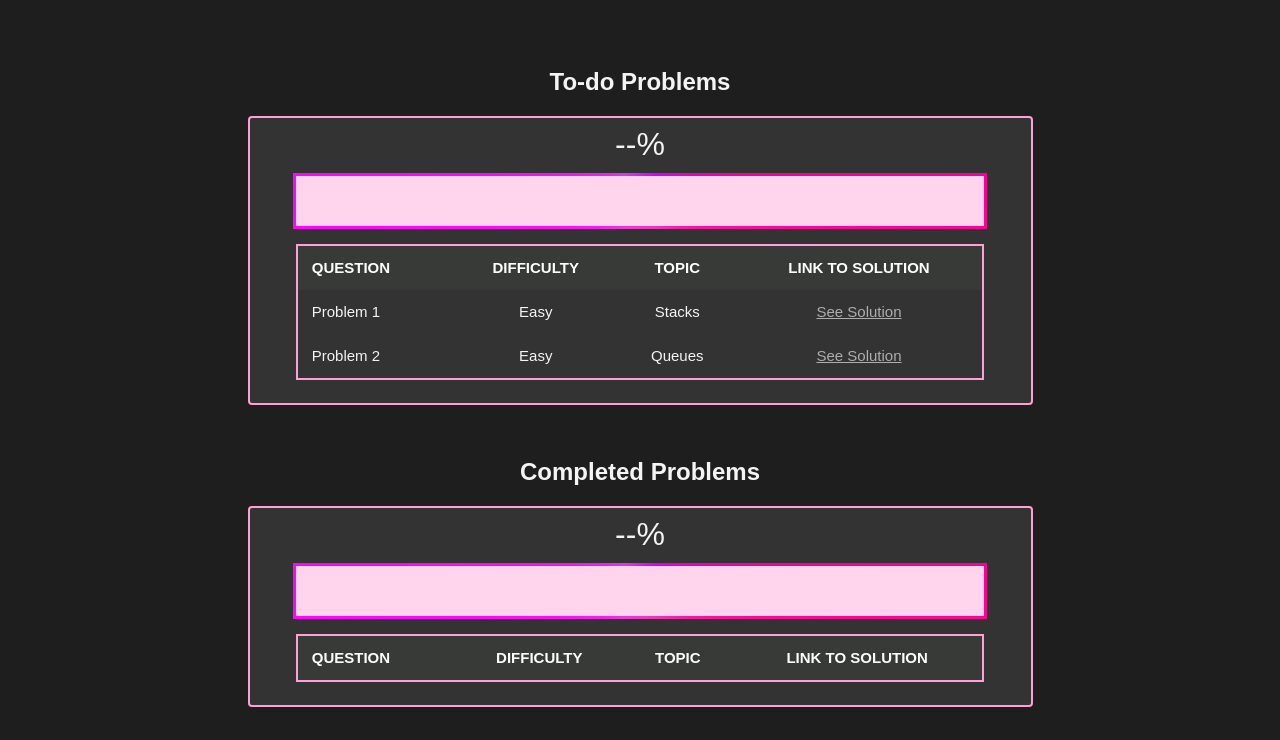
Repository: bbrockbrown/leet-code-tracker
Page: index.html
The author's editor kept a copy of each file at every save. The page is drawn from the files as they stood at one save, then again after a run of saves.
The browser window is 1280 px wide. The pictures show the whole page.

Above is the page before, as saved 2024-07-28 17:53:35.

### index.html
<!DOCTYPE html>
<html lang="en">
<head>
    <meta charset="UTF-8">
    <meta name="viewport" content="width=device-width, initial-scale=1.0">
    <link rel="stylesheet" href="styles.css">
    <script>src="script.js"</script>
    <title>Document</title>
</head>
<body>
    <div class="main">
        <h1 id="header">Leet Code Problem Tracker</h1>
    </div>

    <div class="tracking-container">
        <div class="tracking-box">
            <h2 class="tracking-title">To-do Problems</h2>
            <div class="todo-tracking">
                <div class="todo-percent">--%</div>
                <div class="progressbar" id="todo-bar"> <!--% Container for progressbar --> </div>
                <table>
                    <tbody>
                        <tr>
                            <th>Question</th>
                            <th>Difficulty</th>
                            <th>Topic</th>
                            <th>Link to Solution</th>
                        </tr>
                        <tr>
                            <td>Problem 1</td>
                            <td class="easy-prob">Easy</td>
                            <td class="topic">Stacks</td>
                            <td class="solution"><a href="">See Solution</a></td>
                        </tr>
                        <tr>
                            <td>Problem 2</td>
                            <td class="easy-prob">Easy</td>
                            <td class="topic">Queues</td>
                            <td class="solution"><a href="">See Solution</a></td>
                        </tr>
                    </tbody>
                </table>
            </div>
        </div>

        <div class="tracking-box">
            <h2 class="tracking-title">Completed Problems</h2>
            <div class="completed-tracking">
                <div class="completed-percent">--%</div>
                <div class="progressbar" id="completed-bar"> <!--% Container for progressbar --> </div>
                <table>
                    <tbody>
                        <tr>
                            <th>Question</th>
                            <th>Difficulty</th>
                            <th>Topic</th>
                            <th>Link to Solution</th>
                        </tr>
                        <!-- Completed problems rows go here -->
                    </tbody>
                </table>
            </div>
        </div>
    </div>

    <div class="footer">
        <!-- Placeholder!!! -->
    </div>
</body>
</html>

### styles.css
:root {
    --tracking-border-color: rgb(255, 159, 213);
}

@keyframes rotate {
	to {
		--angle: 360deg;
	}
}

@property --angle {
  syntax: '<angle>';
  initial-value: 0deg;
  inherits: false;
}

html, body {
    height: 100%;
    display: flex;
    flex-direction: column;
  }

head {
    display: none;
}

body {
    font-family: Arial, sans-serif;
    background: #1e1e1e;
    margin: 0;
    padding: 0;
    color: #f4f4f4;
    overflow: hidden;
    font-size: 90%;
}

.main {
    text-align: center;
    padding: 24px;
    overflow: hidden;
}

#header {
    font-size: 48px;
    overflow: hidden;
}

.tracking-titles {
    display: flex;
    padding: 8px;
    justify-content: space-around;
}

.tracking-container {
    display: flex;
    flex-flow: row wrap;
    align-items: flex-start;
    justify-content: space-evenly;
    height: 100%;
}

.tracking-box {
    text-align: center;
    margin-bottom: 20px;
}

.tracking-title {
    font-size: 24px;
    margin-bottom: 10px;
    color: #f4f4f4;
}

.todo-tracking, .completed-tracking {
    border: 2px solid var(--tracking-border-color);
    border-radius: 4px;
    font-size: 32px;
    text-align: center;
    box-shadow: 8px rgb(255, 159, 213, 0.8);
    height: 100%;
    width: 1000px;
    padding: 8px;
    background-color: #333;
    margin: 10px auto;
    display: inline-block;
    max-width: 75%;
    max-height: 85%;
    overflow-y: auto;
    color: #f4f4f4;
}

.todo-tracking:hover, .completed-tracking:hover {
    filter: brightness(85%);
}

/* progress bar fills more as more complete */
.progressbar {
    width: 90%;
    height: 50px;
    border-radius: 8px;
    background-color: rgb(255, 212, 236);
    margin: 10px auto;
    --angle: 0deg;
    /* FOR FUTURE: make it so user can change border gradient */
    --very-pink: rgb(249, 0, 141);
    --pink: rgb(233, 58, 183);
    --pinkish-purple: rgb(233, 58, 210);
    --magenta: magenta;
    --purple: rgb(213, 58, 233);
    --very-purple: rgb(212, 0, 255);
	border: 3px solid;
	border-image: conic-gradient(from var(--angle), var(--very-pink), var(--pink), var(--pinkish-purple), var(--magenta), var(--purple), var(--very-purple), var(--very-pink)) 1;
	animation: 4s rotate linear infinite;
}

table {
    width: 90%;
    display: table;
    margin: 15px auto;
    border-collapse: collapse;
    transition: box-shadow 0.3s ease-in-out;
    border: 2px solid var(--tracking-border-color);
    border-radius: 10px;
    box-shadow: #1e1e1e;
}

tbody {
    display: table-row-group;
    vertical-align: middle;
    unicode-bidi: isolate;
    border-color: inherit;
    font-size: 15px;
}

tr {
    display: table-row;
    vertical-align: inherit;
    unicode-bidi: isolate;
    border-color: inherit;
}

th {
    color: white;
    text-transform: uppercase;
    background-color: #373a37;
}

th:first-child, td:first-child {
    text-align: left;
}

th, td {
    padding: 8px 14px;
    transition: background-color 0.5s;
    height: 28px;
    border: 0px;
    white-space: nowrap;
}

a {
    text-decoration:underline;
    color: inherit;
}

a:visited {
    color: rgb(173, 173, 173);
}

After the next 3 saves:
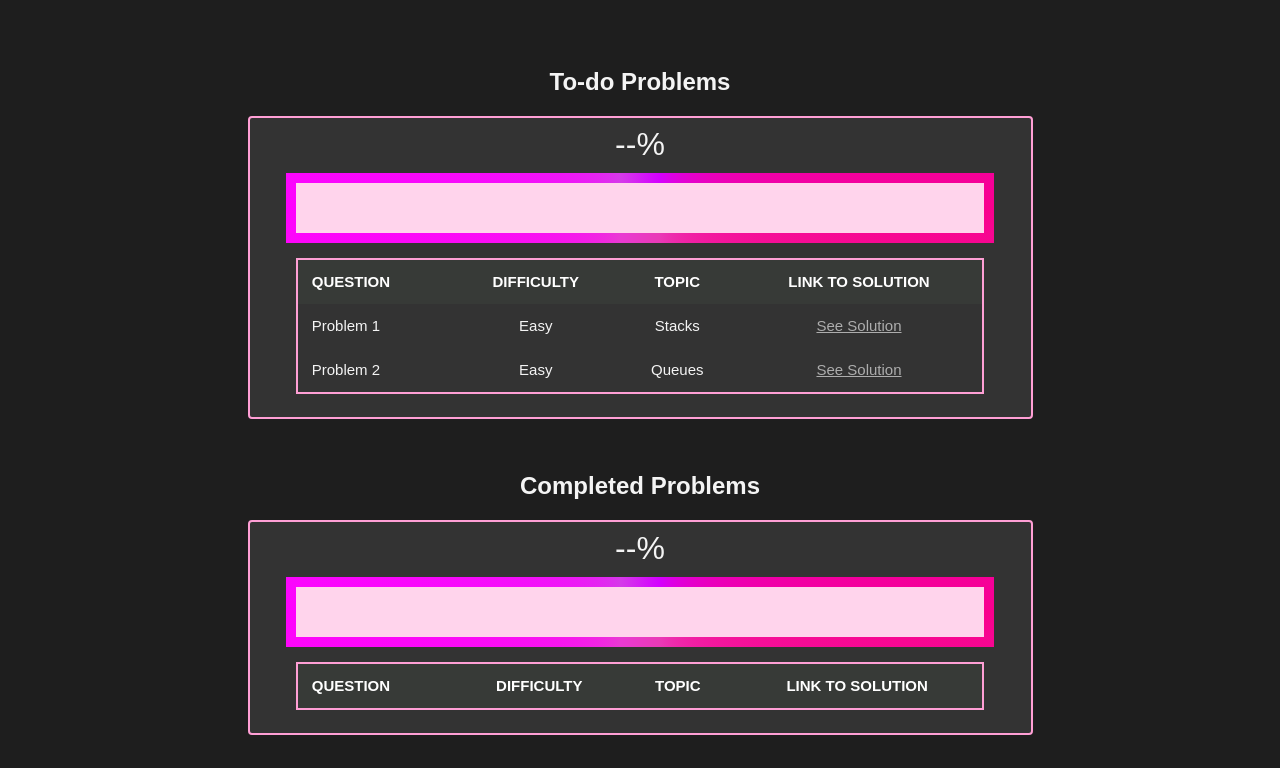
The 3 saves are shown as one change because they came seconds apart.
The last was saved 13 s later.
--- a/styles.css
+++ b/styles.css
@@ -107,7 +107,7 @@
     --magenta: magenta;
     --purple: rgb(213, 58, 233);
     --very-purple: rgb(212, 0, 255);
-	border: 3px solid;
+	border: 10px solid;
 	border-image: conic-gradient(from var(--angle), var(--very-pink), var(--pink), var(--pinkish-purple), var(--magenta), var(--purple), var(--very-purple), var(--very-pink)) 1;
 	animation: 4s rotate linear infinite;
 }

After the save that followed:
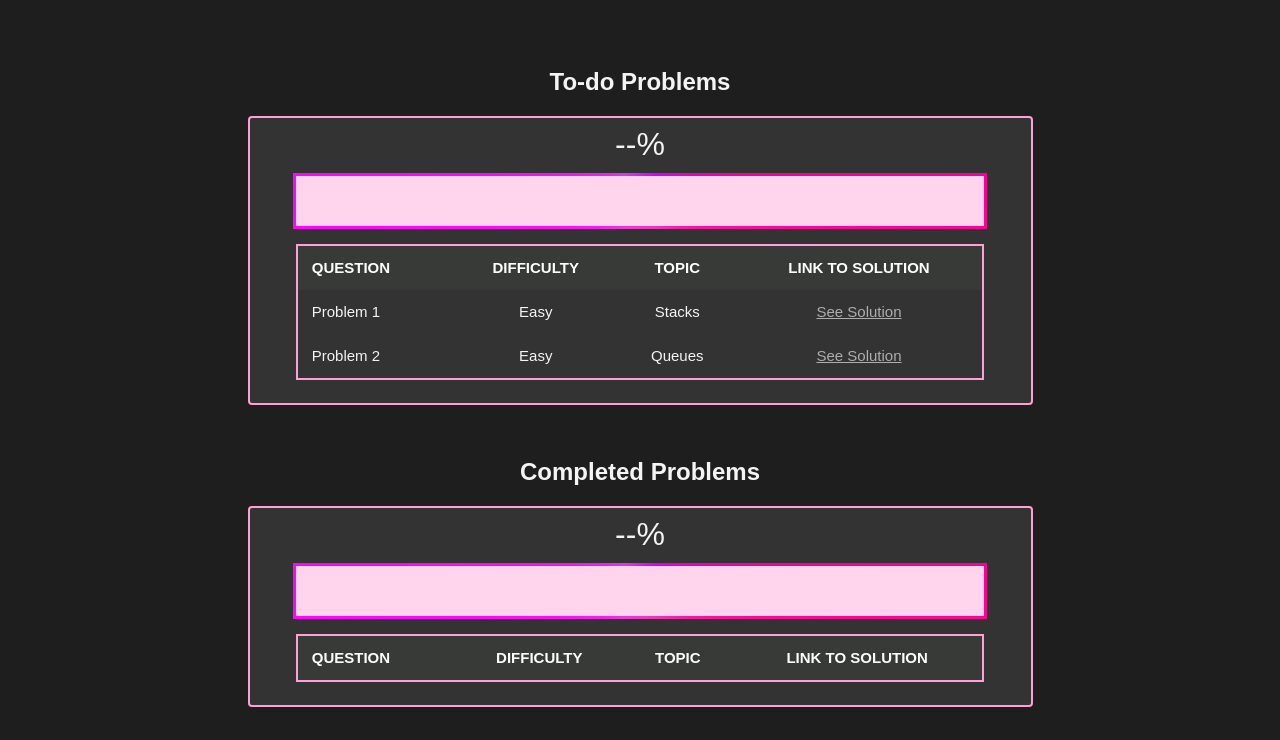
Saved 36 s later.
--- a/styles.css
+++ b/styles.css
@@ -107,7 +107,7 @@
     --magenta: magenta;
     --purple: rgb(213, 58, 233);
     --very-purple: rgb(212, 0, 255);
-	border: 10px solid;
+	border: 3px solid;
 	border-image: conic-gradient(from var(--angle), var(--very-pink), var(--pink), var(--pinkish-purple), var(--magenta), var(--purple), var(--very-purple), var(--very-pink)) 1;
 	animation: 4s rotate linear infinite;
 }
